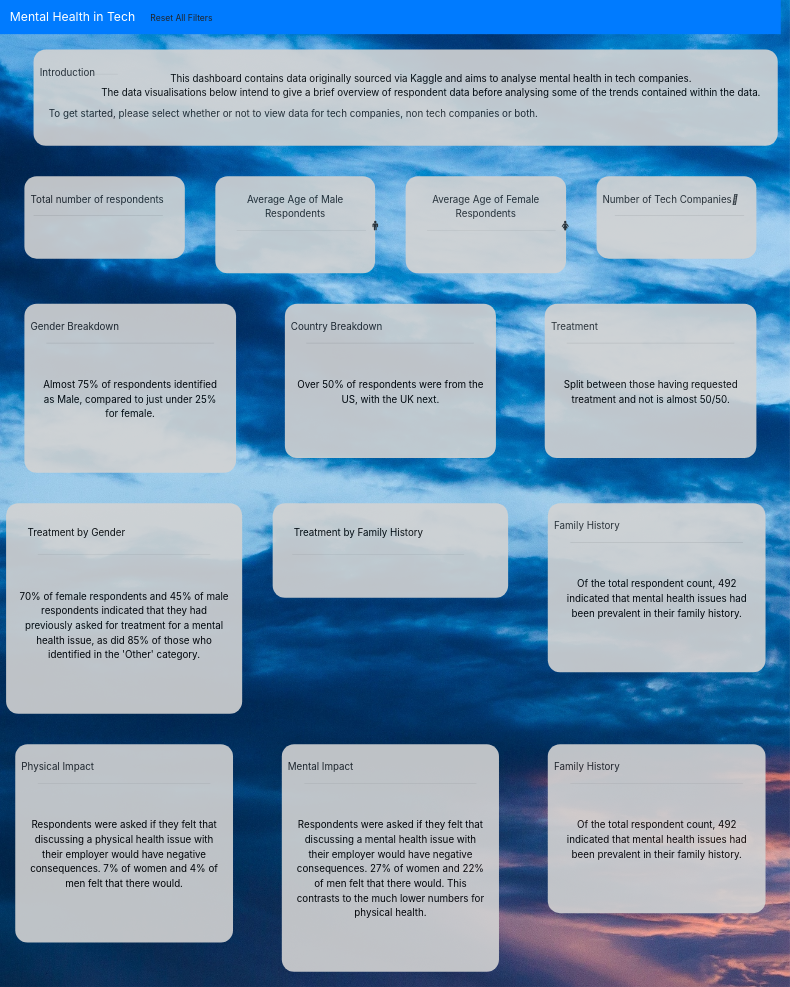
Repository: martingr1/mhdashboard
Page: index.html
The author's editor kept a record of every edit. The page is drawn from the files as they stood at one moment, then again after the next edit.
The browser window is 1280 px wide. The page is 1295 px wide, so the pictures cover 1295 px, including what lies to the right of the window. The pictures show the whole page, at 61% of full size.
Some web libraries are served in a nearby version.

Above is the page before.
Console error: TypeError: ndx.dimension(...) is not a function

### index.html
<html>

<head>

    <meta charset="UTF-8">
    <meta name="viewport" content="width=device-width, initial-scale=1.0">
    <meta http-equiv="X-UA-Compatible" content="ie=edge">
    <title>Mental Health in Tech</title>

    <link rel="stylesheet" href="https://stackpath.bootstrapcdn.com/bootstrap/4.3.1/css/bootstrap.min.css" integrity="sha384-ggOyR0iXCbMQv3Xipma34MD+dH/1fQ784/j6cY/iJTQUOhcWr7x9JvoRxT2MZw1T" crossorigin="anonymous">
    <link rel="stylesheet" href="static/css/dc.min.css" type="text/css" />
    <link rel="stylesheet" type="text/css" href="https://maxcdn.bootstrapcdn.com/font-awesome/4.7.0/css/font-awesome.min.css">
    <link rel="stylesheet" href="static/css/style.css" type="text/css" />


    <script type="text/javascript" src="static/js/d3.min.js"></script>
    <script type="text/javascript" src="static/js/crossfilter.min.js"></script>
    <script type="text/javascript" src="static/js/dc.min.js"></script>
    <script type="text/javascript" src="static/js/queue.min.js"></script>
    <script type="text/javascript" src="static/js/graph.js"></script>

</head>

<body class="background-image">

    <nav class="navbar navbar-expand-lg navbar-dark bg-primary">
        <a class="navbar-brand" href="#">Mental Health in Tech</a> <button id="reset_button" class="btn btn-sm btn-default">Reset<span class="hidden-xs"> All</span> Filters</button>
        </div>
    </nav>

    <section class="section container-fluid">
        <article class="article col-lg-12">
            <div class="row content-box">
                <div class="row">Introduction</div>
                <div>
                    <hr class="line">
                </div>
                <div class="row text-center">
                    <p class="chart-text">This dashboard contains data originally sourced via Kaggle and aims to analyse mental health in tech companies.<br> The data visualisations below intend to give a brief overview of respondent data before analysing some of the trends
                        contained within the data. </p>
                </div>
                <div class="" id="select_company">
                    <p class="">To get started, please select whether or not to view data for tech companies, non tech companies or both.</p>
                </div>
            </div>
        </article>
        <div class="row no-gutters">
            <article class="article col-xs-12 col-sm-6 col-lg-3">

                <div class="row no-gutters text-center">
                    <div class="row content-box">
                        <div class="row">
                            <div class="text-center">Total number of respondents</div>
                            <hr class="line">
                            <div class="row">
                                <div class="chart" id="respondents_display"></div>
                            </div>
                        </div>
                    </div>
                </div>
            </article>

            <article class="article col-xs-12 col-sm-6 col-lg-3">
                <div class="row no-gutters text-center">
                    <div class="row content-box">
                        <div class="row">
                            <div class="text-center">Average Age of Male Respondents</div>
                            <hr class="line">
                            <div class="row">
                                <i class="fa fa-male fa-gender" aria-hidden="true"></i>
                                <div class="age_display" id="average_age_male"></div>
                            </div>
                        </div>
                    </div>
                </div>
            </article>

            <article class="article col-xs-12 col-sm-6 col-lg-3">
                <div class="row no-gutters text-center">
                    <div class="row content-box">
                        <div class="row">
                            <div class="text-center">Average Age of Female Respondents</div>
                            <hr class="line">
                            <div class="row">
                                <i class="fa fa-female fa-gender" aria-hidden="true"></i>
                                <div class="age_display" id="average_age_gender"></div>
                            </div>
                        </div>
                    </div>
                </div>
            </article>

            <article class="article col-xs-12 col-sm-6 col-lg-3">
                <div class="row no-gutters text-center">
                    <div class="row content-box">
                        <div class="row">
                            <div class="text-center">Number of Tech Companies</div><i class="fas fa-microchip" aria-hidden="true"></i>
                            <hr class="line">
                            <div>
                                <p class="chart-text"></p>
                            </div>
                            <div class="row">
                                <div class="age_display" id="tech_display"></div>
                            </div>
                        </div>
                    </div>
                </div>
            </article>

            <div class="row">
                <article class="article col-xs-12 col-sm-6 col-lg-4">
                    <div class="row no-gutters text-center">
                        <div class="row content-box">
                            <div class="row">
                                <div class="text-center">Gender Breakdown</div>
                                <hr class="line">
                                <div>
                                    <p class="chart-text">Almost 75% of respondents identified as Male, compared to just under 25% for female.</p>
                                </div>
                                <div class="row">
                                    <div class="chart" id="gender_breakdown"></div>
                                </div>
                            </div>
                        </div>
                    </div>
                </article>

                <article class="article col-xs-12 col-sm-6 col-lg-4">
                    <div class="row no-gutters text-center">
                        <div class="row content-box">
                            <div class="row">
                                <div class="text-center">Country Breakdown</div>
                                <hr class="line">
                                <div>
                                    <p class="chart-text">Over 50% of respondents were from the US, with the UK next.</p>
                                </div>
                                <div class="row">
                                    <div class="chart country-pie" id="country_breakdown"></div>
                                </div>
                            </div>
                        </div>
                    </div>
                </article>

                <article class="article col-xs-12 col-sm-6 col-lg-4">
                    <div class="row no-gutters text-center">
                        <div class="row content-box">
                            <div class="row">
                                <div class="text-center">Treatment</div>
                                <hr class="line">
                                <div>
                                    <p class="chart-text">Split between those having requested treatment and not is almost 50/50.</p>
                                </div>
                                <div class="row">
                                    <div class="chart" id="treatment_chart"></div>
                                </div>
                            </div>
                        </div>
                    </div>
                </article>
            </div>

    </section>

    <div class="row">
        <article class="article col-sm-12 col-md-6 col-lg-4">
            <div class="row text-center">
                <div class="row content-box">
                    <div class="row text-center chart-text">Treatment by Gender</div>
                    <hr class="line">
                    <div class="row text-center">
                        <p class="chart-text">70% of female respondents and 45% of male respondents indicated that they had previously asked for treatment for a mental health issue, as did 85% of those who identified in the 'Other' category. </p>
                    </div>
                    <div class="chart" id="treatment_by_gender"></div>
                </div>
            </div>
        </article>

        <article class="article col-sm-12 col-md-6 col-lg-4">
            <div class="row text-center">
                <div class="row content-box">
                    <div class="row text-center chart-text">Treatment by Family History</div>
                    <hr class="line">
                    <div class="row text-center">
                        <p class="chart-text"> </p>
                    </div>
                    <div class="chart" id="family_history_treatment"></div>
                </div>
            </div>
        </article>

        <article class="article col-xs-12 col-sm-6 col-lg-4">
            <div class="row no-gutters text-center">
                <div class="row content-box">
                    <div class="row">
                        <div class="text-center">Family History</div>
                        <hr class="line">
                        <div>
                            <p class="chart-text">Of the total respondent count, 492 indicated that mental health issues had been prevalent in their family history.</p>
                        </div>
                        <div class="row">
                            <div class="chart" id="family_history"></div>
                        </div>
                    </div>
                </div>
            </div>
        </article>
    </div>

    <div class="row">
        <article class="article col-xs-12 col-sm-6 col-lg-4">
            <div class="row no-gutters text-center">
                <div class="row content-box">
                    <div class="row">
                        <div class="text-center">Physical Impact</div>
                        <hr class="line">
                        <div>
                            <p class="chart-text">Respondents were asked if they felt that discussing a physical health issue with their employer would have negative consequences. 7% of women and 4% of men felt that there would.</p>
                        </div>
                        <div class="row">
                            <div class="chart" id="physical_impact"></div>
                        </div>
                    </div>
                </div>
            </div>
        </article>

        <article class="article col-xs-12 col-sm-6 col-lg-4">
            <div class="row no-gutters text-center">
                <div class="row content-box">
                    <div class="row">
                        <div class="text-center">Mental Impact</div>
                        <hr class="line">
                        <div>
                            <p class="chart-text">Respondents were asked if they felt that discussing a mental health issue with their employer would have negative consequences. 27% of women and 22% of men felt that there would. This contrasts to the much lower numbers for
                                physical health.</p>
                        </div>
                        <div class="row">
                            <div class="chart" id="mental_impact"></div>
                        </div>
                    </div>
                </div>
            </div>
        </article>

        <article class="article col-xs-12 col-sm-6 col-lg-4">
            <div class="row no-gutters text-center">
                <div class="row content-box">
                    <div class="row">
                        <div class="text-center">Family History</div>
                        <hr class="line">
                        <div>
                            <p class="chart-text">Of the total respondent count, 492 indicated that mental health issues had been prevalent in their family history.</p>
                        </div>
                        <div class="row">
                            <div class="chart" id="family_history"></div>
                        </div>
                    </div>
                </div>
            </div>
        </article>
    </div>


    <script src="https://code.jquery.com/jquery-3.2.1.min.js" integrity="sha256-hwg4gsxgFZhOsEEamdOYGBf13FyQuiTwlAQgxVSNgt4=" crossorigin="anonymous"></script>
    <script type="text/javascript" src="static/js/scripts.js"></script>
</body>

</html>

### static/css/style.css
.background-image {
	background-image: url("static/images/clouds_sunset_sky_119785_3840x2400.jpg");
}

.content-box {
	box-sizing: border-box;
	border-radius: 20px;
	background-color: #D3D3D3;
	opacity: 0.9;
	display: flex;
	flex-wrap: wrap;
	width: 100%;
	height: auto;
	margin: 25px;
	padding: 25px;
}

.chart {
	height: auto;
	margin: 25px;
}

.chart-text {
	font-size: medium;
	color: black;
	margin: 10px;
}

.line {
	margin: 15px auto 15px;
	padding: 15px;
	color: #000000;
	width: 75%;
}

.country-pie {
	margin-left: 100px;
}

### static/js/graph.js
queue()
    .defer(d3.csv, "data/mhsurvey2.csv")
    .await(makeGraphs);

function makeGraphs(error, healthData) {

    var ndx = crossfilter(healthData);

    var parseDate = d3.time.format("%d/%m/%Y").parse;


    healthData.forEach(function(d) {
        d.age = parseInt(d.age);
        d.date = parseDate(d.date);
    })

    show_respondents(ndx);
    show_tech_companies(ndx);

    show_average_age_gender(ndx, "Female", "#average_age_gender");
    show_average_age_gender(ndx, "Male", "#average_age_male");

    show_select_company(ndx);
    show_gender_breakdown(ndx);
    show_country_breakdown(ndx);
    show_treatment_levels(ndx);

    show_treatment_by_gender(ndx);
    show_family_history(ndx);
    show_family_history_treatment(ndx);

    show_physical_impact(ndx);
    show_mental_impact(ndx);



    dc.renderAll();
}

function show_respondents(ndx) {

    var totalRecords = ndx.groupAll();

    dc.numberDisplay('#respondents_display')
        .formatNumber(d3.format(".0f"))
        .valueAccessor(function(d) { return d++ })
        .group(totalRecords);
}

function show_tech_companies(ndx) {

    var totalRecords = ndx.groupAll().reduce(

        function(p, v) {
            if (v.techcompany === 'Yes') {
                p.count++;
            }
            return p;
        },
        function(p, v) {
            if (v.techcompany === 'Yes') {
                p.count--;
            }
            return p;
        },

        function() {
            return { count: 0 };
        })

    dc.numberDisplay('#tech_display')
        .formatNumber(d3.format(".0f"))
        .valueAccessor(function(d) { return d.count; })
        .group(totalRecords);
}

function show_average_age_gender(ndx, gender, element) {

    var averageAgeByGender = ndx.groupAll().reduce(
        function(p, v) {
            p.count++;
            p.total += v.age;
            p.average = p.total / p.count;
            return p;
        },

        function(p, v) {
            p.count--;
            p.total -= v.age;
            p.average = p.total / p.count;
            return p;
        },

        function() {
            return { count: 0, total: 0, average: 0 };
        },
    );

    dc.numberDisplay(element)
        .formatNumber(d3.format(".0f"))
        .valueAccessor(function(d) {
            if (d.value == 0) {
                return 0;
            }
            else {
                return (d.average);
            }
        })
        .group(averageAgeByGender);
}


function show_select_company(ndx) {
    var dim = ndx.dimension(dc.pluck("techcompany"));
    var group = dim.group();

    dc.selectMenu("#select_company")
        .dimension(dim)
        .group(group);
}

function show_gender_breakdown(ndx) {

    var dim = ndx.dimension(dc.pluck("gender"));
    var group = dim.group();

    dc.pieChart('#gender_breakdown')
        .height(200)
        .radius(480)
        .transitionDuration(500)
        .dimension(dim)
        .group(group);
}

function show_country_breakdown(ndx) {

    var dim = ndx.dimension(dc.pluck("country"));
    var group = dim.group();

    dc.pieChart('#country_breakdown')
        .height(200)
        .radius(400)
        .transitionDuration(500)
        .legend(dc.legend().x(-5).y(20).itemHeight(10).gap(10))
        .dimension(dim)
        .group(group);
}

function show_treatment_levels(ndx) {

    var dim = ndx.dimension(dc.pluck("treatment"));
    var group = dim.group();

    dc.barChart('#treatment_chart')
        .width(300)
        .height(200)
        .margins({ top: 10, right: 50, bottom: 30, left: 50 })
        .dimension(dim)
        .group(group)
        .x(d3.scale.ordinal())
        .xUnits(dc.units.ordinal)
}

function show_treatment_timeline(ndx) {


    var date_dim = ndx.dimension(dc.pluck('date'));
    var total_treatment_per_date = date_dim.group().reduceSum(dc.pluck('treatment'));

    var minDate = date_dim.bottom(1)[0].date;
    var maxDate = date_dim.top(1)[0].date;

    dc.lineChart("#treatment_timeline")
        .width(1000)
        .height(300)
        .margins({ top: 10, right: 50, bottom: 30, left: 50 })
        .dimension(date_dim)
        .group(total_treatment_per_date)
        .valueAccessor(function(d) {
            if (d.value == 'No') {
                return 0;
            }
            else {
                return (d.value.treatment);
            }
        })
        .transitionDuration(500)
        .x(d3.time.scale().domain([minDate, maxDate]))
        .xAxisLabel("Year")
        .yAxis().ticks(4);
}


/* function(p, v) {

            if (v.techcompany === v.techcompany && v.techcompany === 'Yes') {
                p.count++;
            }
            return p;
        },
        function(p, v) {

            if (v.techcompany === v.techcompany && v.techcompany === 'No') {
                p.count--;
            }
            else {
                p.count++;
            }
            return p;
        },

        function() {
            return { count: 0 };
        }) */

function show_treatment_by_gender(ndx) {

    function genderTreatment(dimension, treatment) {

        return dimension.group().reduce(

            function(p, v) {
                p.total++;
                if (v.treatment == treatment) {
                    p.match++;
                }
                return p;
            },
            function(p, v) {
                p.total--;
                if (v.treatment == treatment) {
                    p.match--;
                }
                return p;
            },
            function() {
                return { total: 0, match: 0 };
            }
        );
    }

    var dim = ndx.dimension(dc.pluck("gender"));
    var treatYes = genderTreatment(dim, "Yes");
    var treatNo = genderTreatment(dim, "No");

    dc.barChart("#treatment_by_gender")
        .width(300)
        .height(300)
        .dimension(dim)
        .group(treatYes, "Yes")
        .stack(treatNo, "No")
        .valueAccessor(function(d) {
            if (d.value.total > 0) {
                return (d.value.match / d.value.total) * 100;
            }
            else {
                return 0;
            }
        })
        .x(d3.scale.ordinal())
        .xUnits(dc.units.ordinal)
        .legend(dc.legend().x(260).y(20).itemHeight(15).gap(5))
        .margins({ top: 10, right: 100, bottom: 30, left: 30 });
}


function show_family_history_treatment(ndx) {

    var treatment_dim = ndx.dimension(dc.pluck)("treatment");
    var family_history_group = treatment_dim.group().reduce(

        function(p, v) {
            if (v.familyhistory === 'Yes') {
                p.count++;
            }
            return p;
        },
        function(p, v) {
            if (v.familyhistory === 'Yes') {
                p.count--;
            }
            return p;
        },

        function() {
            return { count: 0 };
        });

    dc.barChart('#family_history_treatment')
        .width(300)
        .height(300)
        .dimension(treatment_dim)
        .group(family_history_group)
        .valueAccessor(function(d) { return d.count; })
        .x(d3.scale.ordinal())
        .xUnits(dc.units.ordinal)
        .margins({ top: 10, right: 100, bottom: 30, left: 30 });
}


function show_physical_impact(ndx) {

    function physicalImpactByGender(dimension, physhealthconsequence) {

        return dimension.group().reduce(

            function(p, v) {
                p.total++;
                if (v.physhealthconsequence == physhealthconsequence) {
                    p.match++;
                }
                return p;
            },
            function(p, v) {
                p.total--;
                if (v.physhealthconsequence == physhealthconsequence) {
                    p.match--;
                }
                return p;
            },
            function() {
                return { total: 0, match: 0 };
            }
        );
    }

    var dim = ndx.dimension(dc.pluck("gender"));
    var physYes = physicalImpactByGender(dim, "Yes");
    var physNo = physicalImpactByGender(dim, "No");
    var physMaybe = physicalImpactByGender(dim, "Maybe");

    dc.barChart("#physical_impact")
        .width(400)
        .height(300)
        .dimension(dim)
        .group(physYes, "Yes")
        .stack(physNo, "No")
        .stack(physMaybe, "Maybe")
        .valueAccessor(function(d) {
            if (d.value.total > 0) {
                return (d.value.match / d.value.total) * 100;
            }
            else {
                return 0;
            }
        })
        .x(d3.scale.ordinal())
        .xUnits(dc.units.ordinal)
        .legend(dc.legend().x(320).y(20).itemHeight(15).gap(5))
        .margins({ top: 10, right: 100, bottom: 30, left: 30 });
}

function show_mental_impact(ndx) {

    function mentalImpactByGender(dimension, mentalhealthconsequence) {

        return dimension.group().reduce(

            function(p, v) {
                p.total++;
                if (v.mentalhealthconsequence == mentalhealthconsequence) {
                    p.match++;
                }
                return p;
            },
            function(p, v) {
                p.total--;
                if (v.mentalhealthconsequence == mentalhealthconsequence) {
                    p.match--;
                }
                return p;
            },
            function() {
                return { total: 0, match: 0 };
            }
        );
    }

    var dim = ndx.dimension(dc.pluck("gender"));
    var mentYes = mentalImpactByGender(dim, "Yes");
    var mentNo = mentalImpactByGender(dim, "No");
    var mentMaybe = mentalImpactByGender(dim, "Maybe");

    dc.barChart("#mental_impact")
        .width(400)
        .height(300)
        .dimension(dim)
        .group(mentYes, "Yes")
        .stack(mentNo, "No")
        .stack(mentMaybe, "Maybe")
        .valueAccessor(function(d) {
            if (d.value.total > 0) {
                return (d.value.match / d.value.total) * 100;
            }
            else {
                return 0;
            }
        })
        .x(d3.scale.ordinal())
        .xUnits(dc.units.ordinal)
        .legend(dc.legend().x(320).y(20).itemHeight(15).gap(5))
        .margins({ top: 10, right: 100, bottom: 30, left: 30 });
}

function show_family_history(ndx) {

    var dim = ndx.dimension(dc.pluck("familyhistory"));
    var group = dim.group();

    dc.pieChart('#family_history')
        .height(200)
        .radius(480)
        .transitionDuration(500)
        .dimension(dim)
        .group(group);
}

### static/js/scripts.js
$('#reset_button').click(function() {
    dc.filterAll();
    dc.renderAll();
});

Loaded but not shown: static/css/dc.min.css (library); static/js/d3.min.js (library); static/js/crossfilter.min.js (library); static/js/dc.min.js (library); static/js/queue.min.js (common file)

After the next edit:
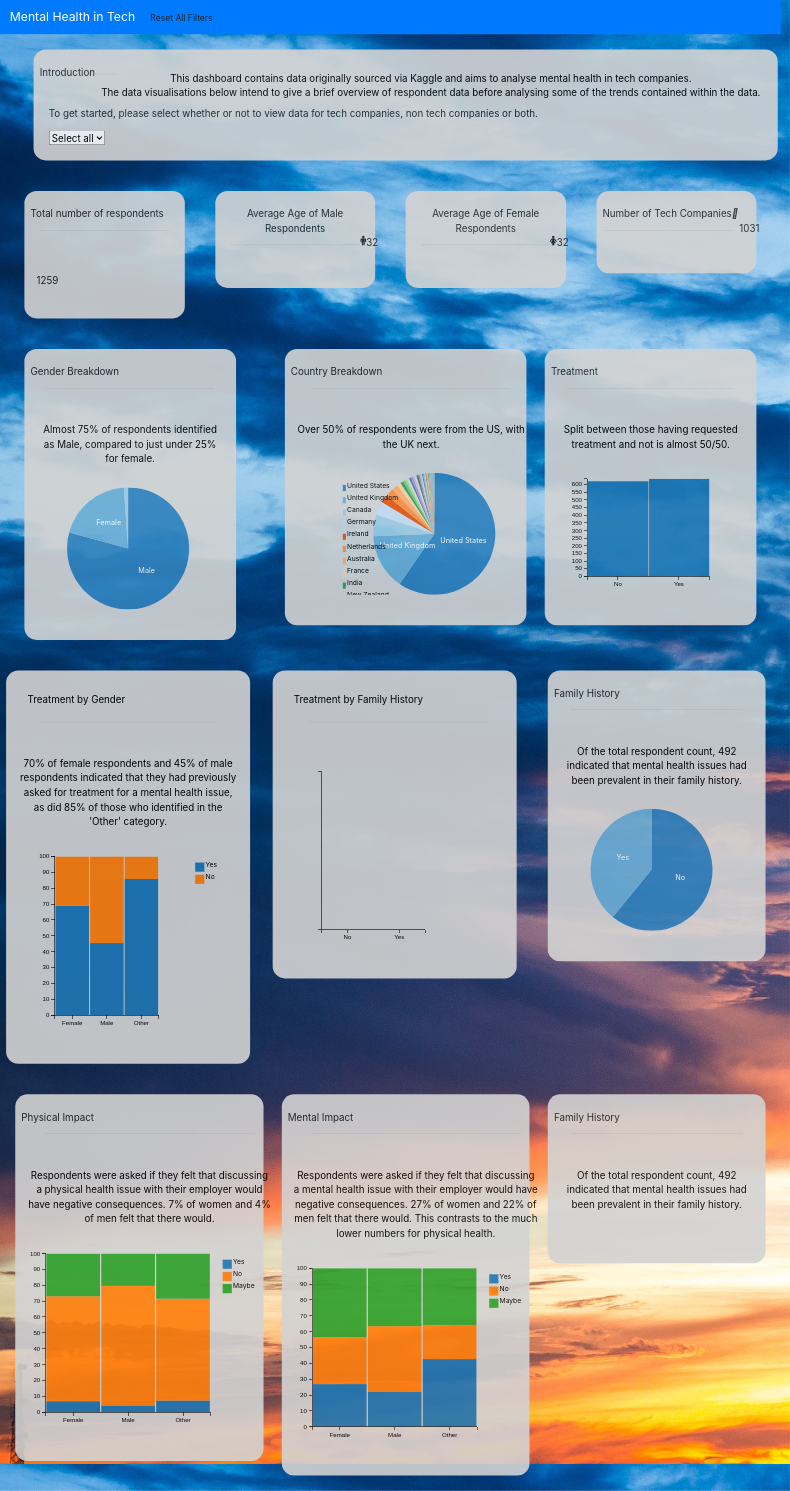
The error is gone.
The edit:
--- a/static/js/graph.js
+++ b/static/js/graph.js
@@ -266,7 +266,7 @@
 
 function show_family_history_treatment(ndx) {
 
-    var treatment_dim = ndx.dimension(dc.pluck)("treatment");
+    var treatment_dim = ndx.dimension(dc.pluck("treatment"));
     var family_history_group = treatment_dim.group().reduce(
 
         function(p, v) {
